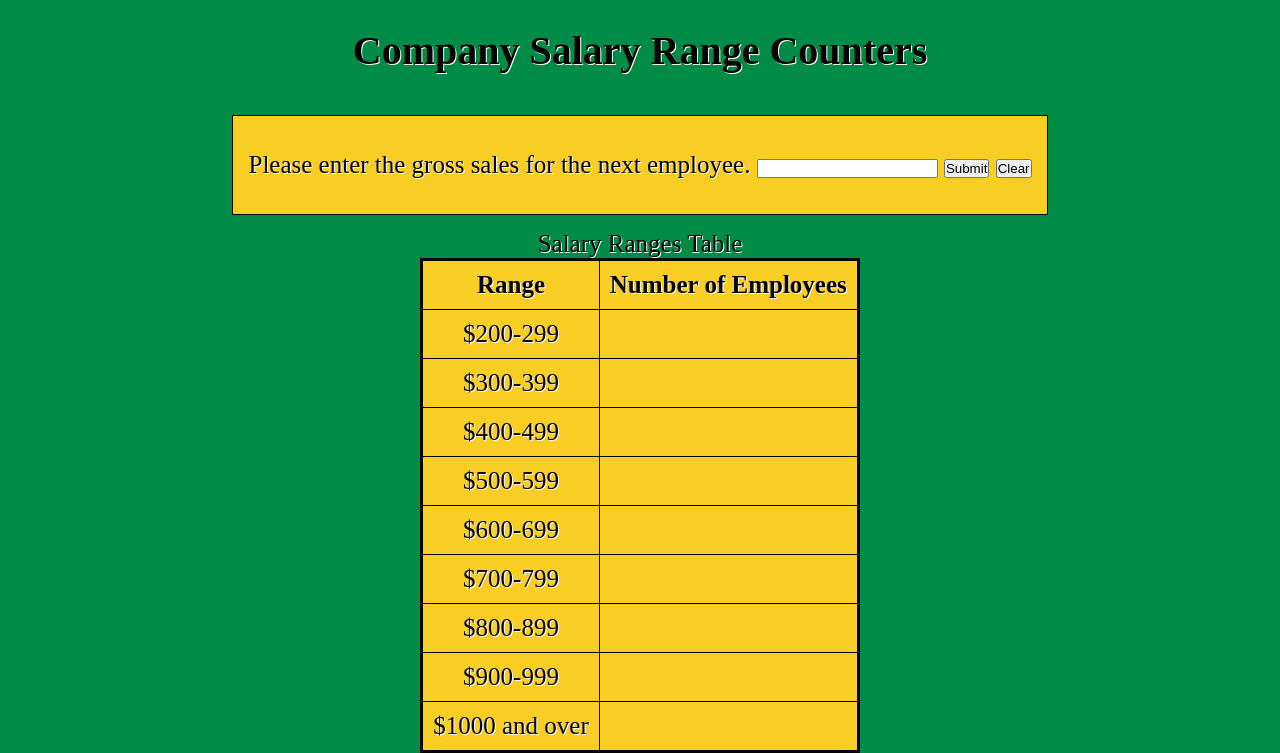
Repository: mlmEFSC21/P17-Sales-Commision
Page: sales.html
The author's editor kept a copy of each file at every save. The page is drawn from the files as they stood at one save, then again after the next save.
The browser window is 1280 px wide. The pictures show the whole page.

Above is the page before, as saved 2022-04-02 08:38:18.

### sales.html
<!DOCTYPE html>
<html lang="en">
    <head>
        <meta charset="UTF-8" />
        <meta http-equiv="X-UA-Compatible" content="IE=edge" />
        <meta name="viewport" content="width=device-width, initial-scale=1.0" />
        <link rel="stylesheet" href="sales.css" />
        <script defer src="sales.js"></script>
        <title>Company Salary Range Counters</title>
    </head>
    <body>
        <header class="mainHeader">
            <h1>Company Salary Range Counters</h1>
        </header>
        <section class="mainContent">
            <div class="formContainer" id="formContainer">
                <form class="salaryForm" id="salaryForm">
                    <label for="grossSales"
                        >Please enter the gross sales for the next employee.</label
                    >
                    <input type="text" name="grossSales" class="salesInp" id="salesInp" required />
                    <button type="submit" class="submit-btn" id="submit-btn">Submit</button>
                    <button type="reset" class="clear-btn" id="clear-btn">Clear</button>
                </form>
            </div>
            <div class="tableContainer" id="tableContainer">
                <table>
                    <caption>
                        Salary Ranges Table
                    </caption>
                    <thead>
                        <tr>
                            <th>Range</th>
                            <th>Number of Employees</th>
                        </tr>
                    </thead>
                    <tbody>
                        <tr>
                            <td>$200-299</td>
                            <td class="ranges" id="ranges"></td>
                        </tr>
                        <tr>
                            <td>$300-399</td>
                            <td class="ranges" id="ranges"></td>
                        </tr>
                        <tr>
                            <td>$400-499</td>
                            <td class="ranges" id="ranges"></td>
                        </tr>
                        <tr>
                            <td>$500-599</td>
                            <td class="ranges" id="ranges"></td>
                        </tr>
                        <tr>
                            <td>$600-699</td>
                            <td class="ranges" id="ranges"></td>
                        </tr>
                        <tr>
                            <td>$700-799</td>
                            <td class="ranges" id="ranges"></td>
                        </tr>
                        <tr>
                            <td>$800-899</td>
                            <td class="ranges" id="ranges"></td>
                        </tr>
                        <tr>
                            <td>$900-999</td>
                            <td class="ranges" id="ranges"></td>
                        </tr>
                        <tr>
                            <td>$1000 and over</td>
                            <td class="ranges" id="ranges"></td>
                        </tr>
                    </tbody>
                    <tfoot></tfoot>
                </table>
            </div>
        </section>
    </body>
</html>

### sales.css
:root {
    --clr-background: #008b47;
    --clr-primary: #f8cd24;
    --clr-secondary: #6bb64a;
}
*,
*::after,
*::before {
    box-sizing: border-box;
    margin: 0;
    padding: 0;
}
body {
    background-color: var(--clr-background);
    font-size: 20px;
    text-shadow: 1px 1px #fff;
}
.mainHeader {
    display: flex;
    align-items: center;
    justify-content: center;
    height: 100px;
}

.mainContent {
    display: flex;
    flex-direction: column;
}
.formContainer {
    display: flex;
    height: 100px;
    font-size: 1.25em;
    align-self: center;
    justify-self: center;
    align-items: center;
    justify-content: center;
    border: 1px ridge black;
    margin: 15px;
    padding: 15px;
    background-color: var(--clr-primary);
}
.tableContainer {
    justify-self: center;
    align-self: center;
}
table {
    border-collapse: collapse;
    border: 3px solid black;
    font-size: 1.25em;
    background-color: var(--clr-primary);
}
th,
tr,
td {
    border: 1px solid black;
    margin: 10px;
    padding: 10px;
    text-align: center;
}

### sales.js
//  base salary = $200 + commission
// commission = gross sales * 9%
// range floor / 100 - 2 = index 0 - 8
// test: x1 = Math.floor(218 / 100) - 2;
// works for all ranges below the last. Just check for >1000 first.
const baseSalary = 200;
let commissionAmount = 0;
let totalSalary = 0;
let employeeNum = 0;
let salaryRanges = [0, 0, 0, 0, 0, 0, 0, 0, 0];
let weeklyGrossSales = [];

const form = document.querySelector("#salaryForm");
const salesInput = document.getElementById("salesInp");
const td = document.querySelectorAll("td#ranges");
form.addEventListener("submit", getWeeklySal);
const resetBtn = document.querySelector("#clear-btn");
resetBtn.addEventListener("click", clearAllSalaries);

function getWeeklySal(e) {
    e.preventDefault();
    employeeNum++;
    weeklyGrossSales = parseInt(salesInput.value);
    calcCommission();
    calcTotalWeeklySalary();
    calcSalaryRange(totalSalary);
    fillRangeCol();
    salesInput.value = "";
}
function calcCommission() {
    commissionAmount = weeklyGrossSales * 0.09;
}
function calcTotalWeeklySalary() {
    totalSalary = baseSalary + commissionAmount;
    console.log(totalSalary);
    console.log(salaryRanges);
}
function calcSalaryRange(totalSalary) {
    if (totalSalary >= 1000) {
        salaryRanges[8] += 1;
    } else if (totalSalary < 1000) {
        let i = Math.floor(totalSalary / 100) - 2;
        salaryRanges[i] = salaryRanges[i] + 1;
    }
}
//append the table
function fillRangeCol() {
    for (let i = 0; i < salaryRanges.length; i++) {
        td[i].innerText = salaryRanges[i];
    }
}
//reset button
function clearAllSalaries() {
    salesInput.value = "";
    salaryRanges = [0, 0, 0, 0, 0, 0, 0, 0, 0];
    weeklyGrossSales = [];
    for (let i = 0; i < salaryRanges.length; i++) {
        td[i].innerText = 0;
    }
}

console.log(salaryRanges);
console.log(weeklyGrossSales);

After the next save:
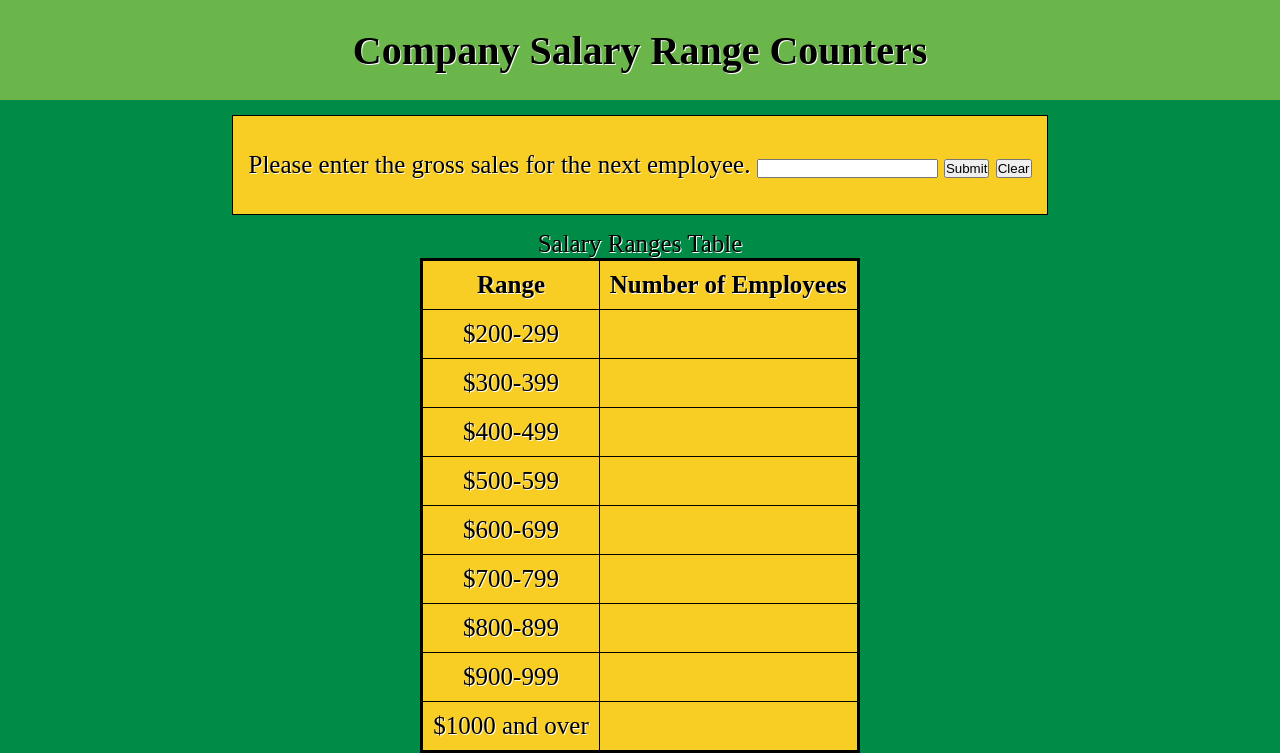
Saved 34 s later.
--- a/sales.css
+++ b/sales.css
@@ -20,6 +20,7 @@ body {
     align-items: center;
     justify-content: center;
     height: 100px;
+    background-color: var(--clr-secondary);
 }
 
 .mainContent {
